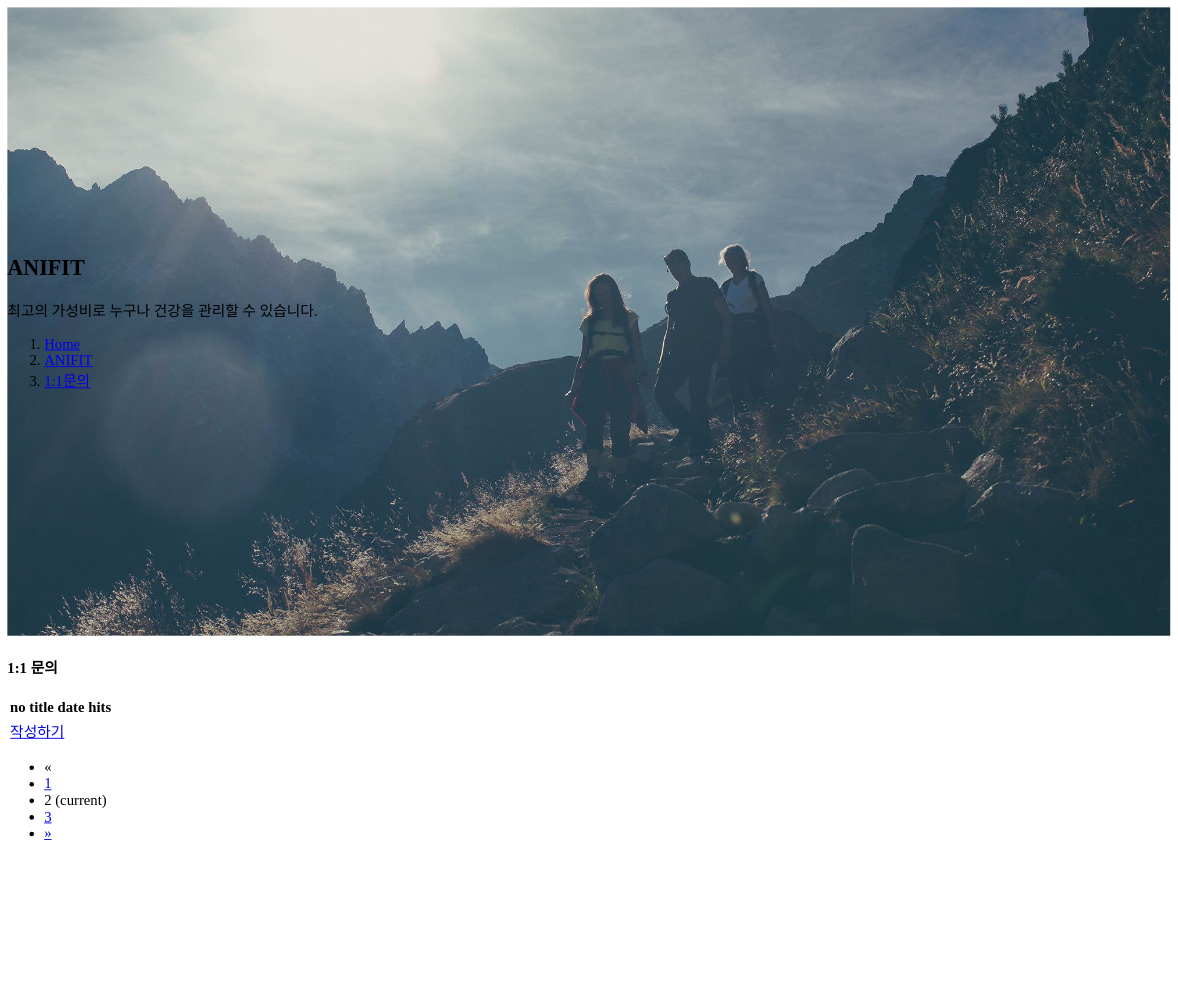
Repository: sjhello/Kitri_SpringProject
Page: http://localhost/SpringProject/WEB-INF/views/notice/notice.jsp
An editor plug-in stored every save of this project. The page is shown before and after the next save, followed by the edit.
The browser window is 1280 px wide. The pictures show the whole page, at 92% of full size.
The page is served by Tomcat 9. Nobody is signed in. The template is opened directly, without the code that normally fills it, so the values that code supplies are empty.

Above is the page before, as saved 2018-12-04 04:41:41.

After the next save:
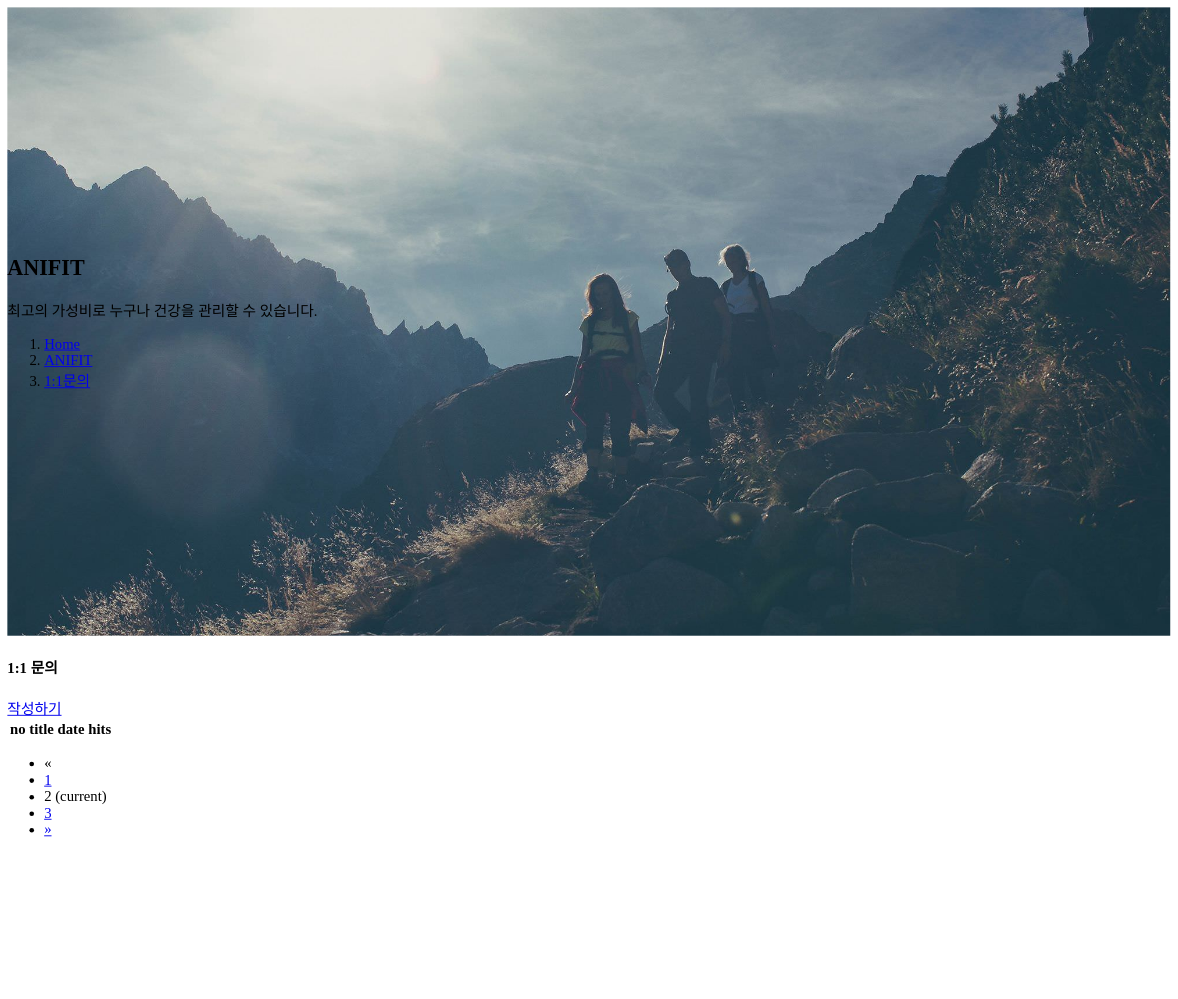
Saved 7 s later.
--- a/SpringProject/src/main/webapp/WEB-INF/views/notice/notice.jsp
+++ b/SpringProject/src/main/webapp/WEB-INF/views/notice/notice.jsp
@@ -43,7 +43,7 @@
 							</tr>
 						    </c:forEach>
 						  </tbody>
-						  <td colspan="4"><a href="notice-write.do" class="btn btn-secondary btn-sm fright">작성하기</a></td>
+						  <a href="notice-write.do" class="btn btn-secondary btn-sm fright">작성하기</a>
 						</table>
 						<nav aria-label="Page navigation example">
 						  <ul class="pagination">
